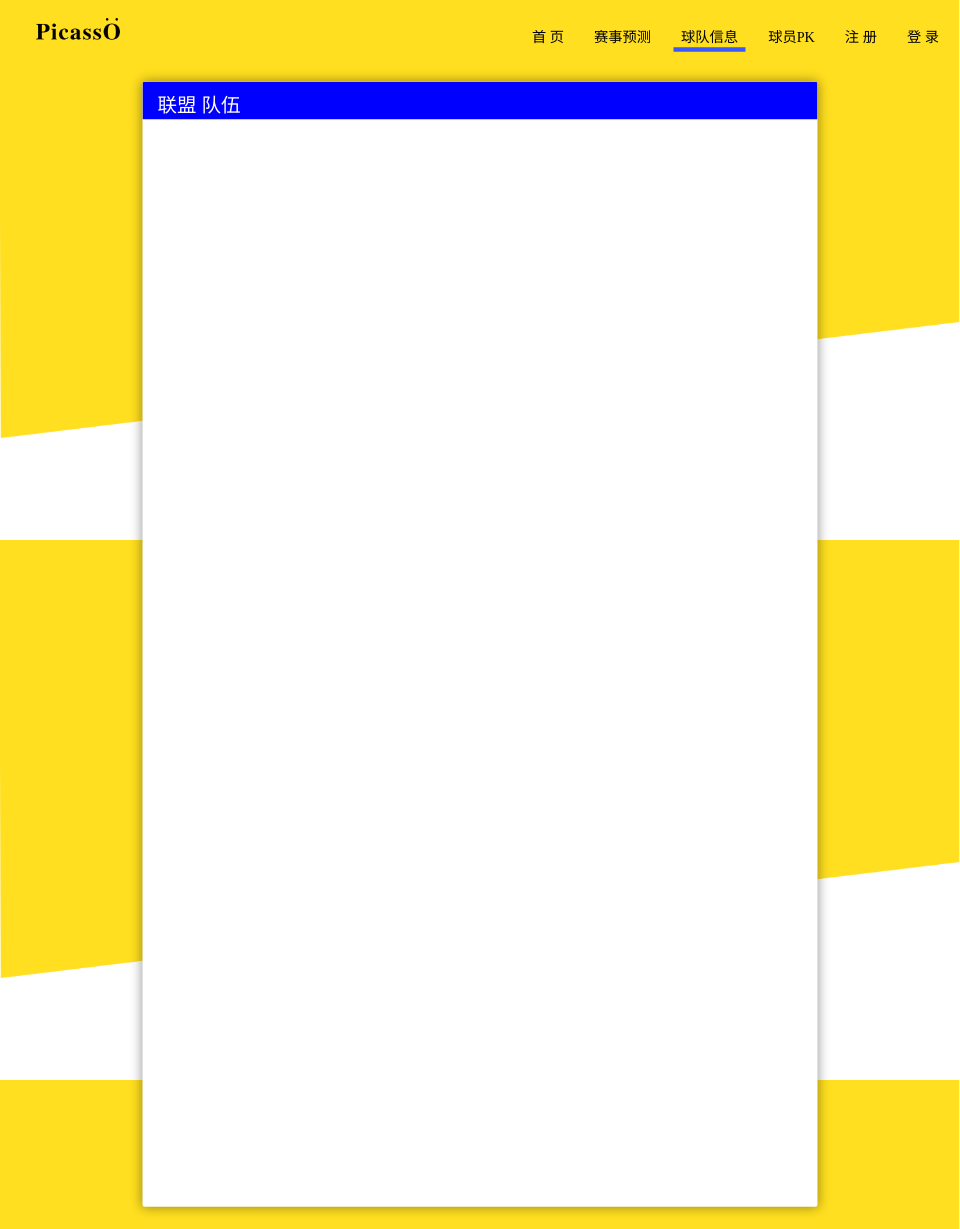
Repository: cciixx/nba-prediction-sys
Page: public/team_index.html
The author's editor kept a copy of each file at every save. The page is drawn from the files as they stood at one save, then again after the next save.
The browser window is 1280 px wide. The pictures show the whole page, at 75% of full size.
The page's requests for data from a server got no answer. Backgrounds fixed to the window are drawn as part of the page.

Above is the page before, as saved 2020-03-20 22:00:50.

After the next save:
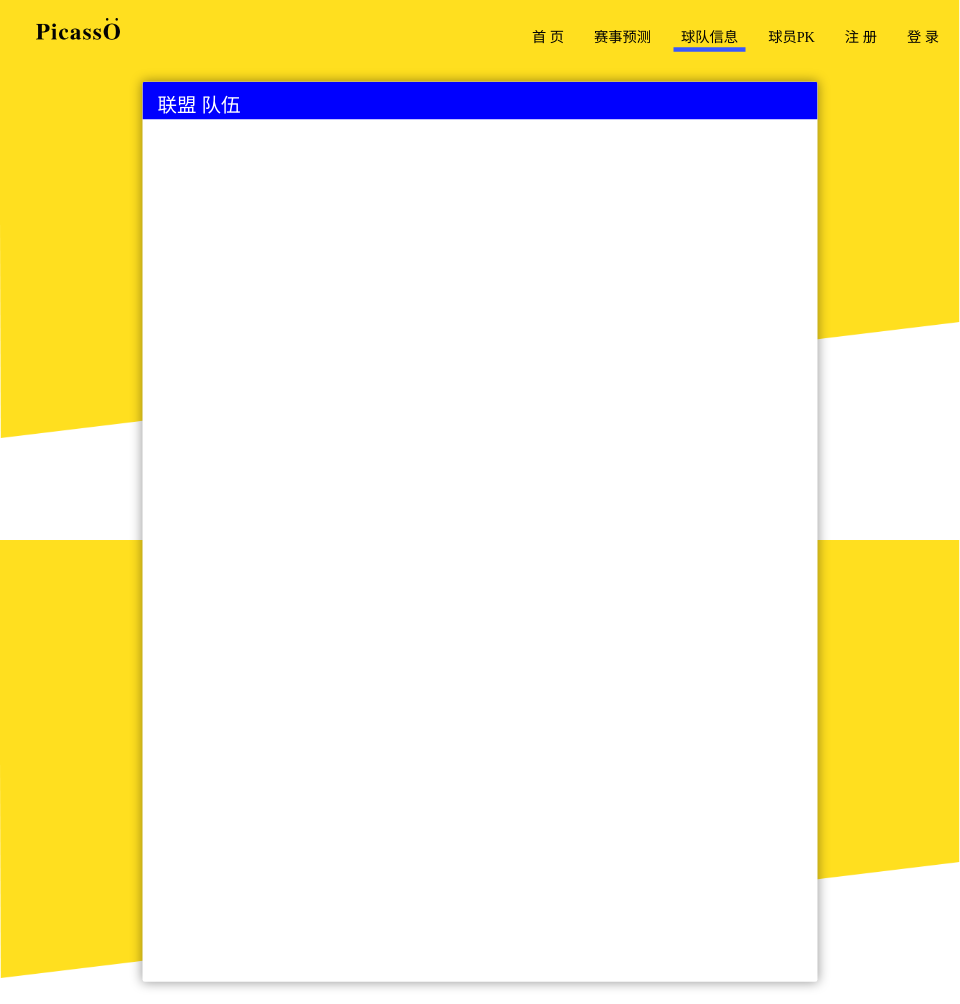
Saved 14 s later.
--- a/public/stylesheets/team_index.css
+++ b/public/stylesheets/team_index.css
@@ -1,7 +1,7 @@
 .team_bg{
     overflow: hidden;
     width: 900px;
-    height: 1500px;
+    height: 1200px;
     margin: 30px auto;
 	/* font-size: 26px; */
 	background: white;
